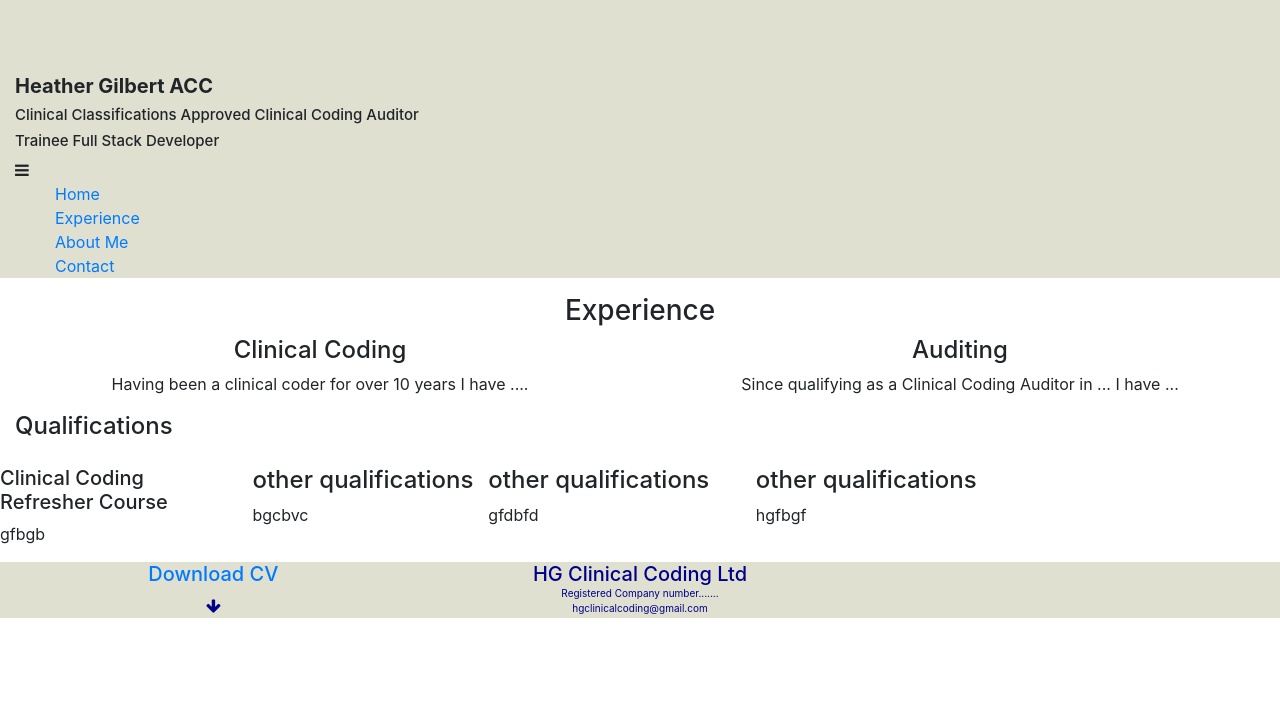
Repository: Code-Institute-Submissions/fsd-ms-project1-resume
Page: resume.html
The author's editor kept a record of every edit. The page is drawn from the files as they stood at one moment, then again after the next edit.
The browser window is 1280 px wide. The pictures show the whole page.

Above is the page before.

### resume.html
<!DOCTYPE html>
<html lang="en">

<head>
    <meta charset="UTF-8">
    <meta name="viewport" content="width=device-width, initial-scale=1.0">
    <meta http-equiv="X-UA-Compatible" content="ie=edge">
    <link rel="stylesheet" href="https://stackpath.bootstrapcdn.com/bootstrap/4.3.1/css/bootstrap.min.css" type="text/css" />
    <link rel="stylesheet" href="https://stackpath.bootstrapcdn.com/font-awesome/4.7.0/css/font-awesome.min.css" type="text/css" />
    <link rel="stylesheet" href="https://cdnjs.cloudflare.com/ajax/libs/hover.css/2.3.1/css/hover-min.css" type="text/css" />
    <link rel="stylesheet" href="assets/css/style.css" />
    <title>Heather Gilbert ACC</title>
</head>

<body>

    <header>
        <div id="navbar">
            <a class="col-md-12 logo" href="index.html"></a>
            <div class="col">
                <div class="bg-header">
                    <h1 class="name">Heather Gilbert ACC</h1>
                    <h3 class="title">Clinical Classifications Approved Clinical Coding Auditor</h3>
                    <h5 class="title">Trainee Full Stack Developer</h5>
                </div>
            </div>
            <div class="col">
                <div class="menu">
                    <i class="fa fa-bars" aria-hidden="true"></i>
                    <ul class="menu-content">
                        <li><a href="index.html">Home</a></li>
                        <li><a href="resume.html">Experience</a></li>
                        <li><a href="about.hmtl">About Me</a></li>
                        <li><a href="contact.html">Contact</a></li>
                    </ul>
                </div>
            </div>
        </div>

    </header>

    <section class="container-fluid">
        <div class="row work-section">
            <div class="col-md-12">
                <h3 class="work">Experience</h3>
            </div>
            <div class="col-md-6">
                <h4 class="coding">Clinical Coding</h4>
                <p>
                    Having been a clinical coder for over 10 years I have ....
                </p>
            </div>
            <div class="col-md-6">
                <h4 class="audit">Auditing</h4>
                <p>
                    Since qualifying as a Clinical Coding Auditor in ... I have ...
                </p>
            </div>
        </div>
        <div class="row">
            <h4 class="qualifications col-12">Qualifications</h4>
            <div class="row">
                <div class="timeline col-sm-3" data-dates="2019">
                    <h5>Clinical Coding Refresher Course</h5>
                    <p>gfbgb</p>
                </div>
                <div class="timeline" data-dates="2018">
                    <h4> other qualifications</h4>
                    <p>bgcbvc</p>
                </div>
                <div class="timeline col-sm-3" data-dates="2017">
                    <h4>other qualifications</h4>
                    <p>gfdbfd</p>
                </div>
                <div class="timeline col-sm-3" data-dates="2016">
                    <h4>other qualifications</h4>
                    <p>hgfbgf</p>
                </div>
            </div>
        </div>
        </div>
    </section>


</body>



<footer class="container-fluid">
    <div class="row">
        <div class="col-sm-4 contact">
            <a href="contact.html>Contact Me /a>
            <i class=" fa fa-address-book-o " aria-hidden="true /></i>
        </div>
        <div class="col-sm-4 ">
            <h5>Download CV</h5>
            <a href="# " target="_blank "></a>
            <i class="fa fa-arrow-down " aria-hidden="true "></i>
        </div>
        <div class="col-sm-4 ">
            <h5 class="company-name ">HG Clinical Coding Ltd</h5>
            <p class="company-details ">Registered Company number.......</p>
            <p class="company-details ">hgclinicalcoding@gmail.com</p>
        </div>
    </div>


</footer>
</body>

</html>

### assets/css/style.css
@import url('https://fonts.googleapis.com/css?family=Lato:100,200,300,400,500,600,700&display=swap');

/*-----------------------------------------Colours*/


/*-----------------------------------------Special paddings/margins/text*/


/*-----------------------------------------Header*/

#navbar {
    background-color: #e0e0d1;
}

.name {
    font-size: 20px;
    font-weight: 700;
    margin-top: 50px;
}

.title {
    font-size: 15px;
    margin-top: 5px;
}

.menu {
    list-style: none;

}

.menu-content {
    list-style:none;
}


/*-----------------------------------------Hover.css*/

.menu:hover {
    color: #b3cccc;
}


/*-----------------------------------------Footer*/

footer {
    background-color: #e0e0d1;
    color: darkblue;
    min-height:50px;
    margin: 0;
    text-align:center
}

.company-name {
    margin:0;
    padding:0;
}

.company-details {
    font-size:10px;
    margin:0;
    padding:0;
}

#footer-details {
    padding: 20px;
}

/*-----------------------------------------Work / Education History*/

.work-section {
    text-align:center;
}

.work {
    text-align:center;

}

.qualifications {
    margin-bottom: 25px
}

/*-----------------------------------------About Me*/


/*-----------------------------------------Contact Form*/


/*-----------------------------------------Media Queries*/

After the next edit:
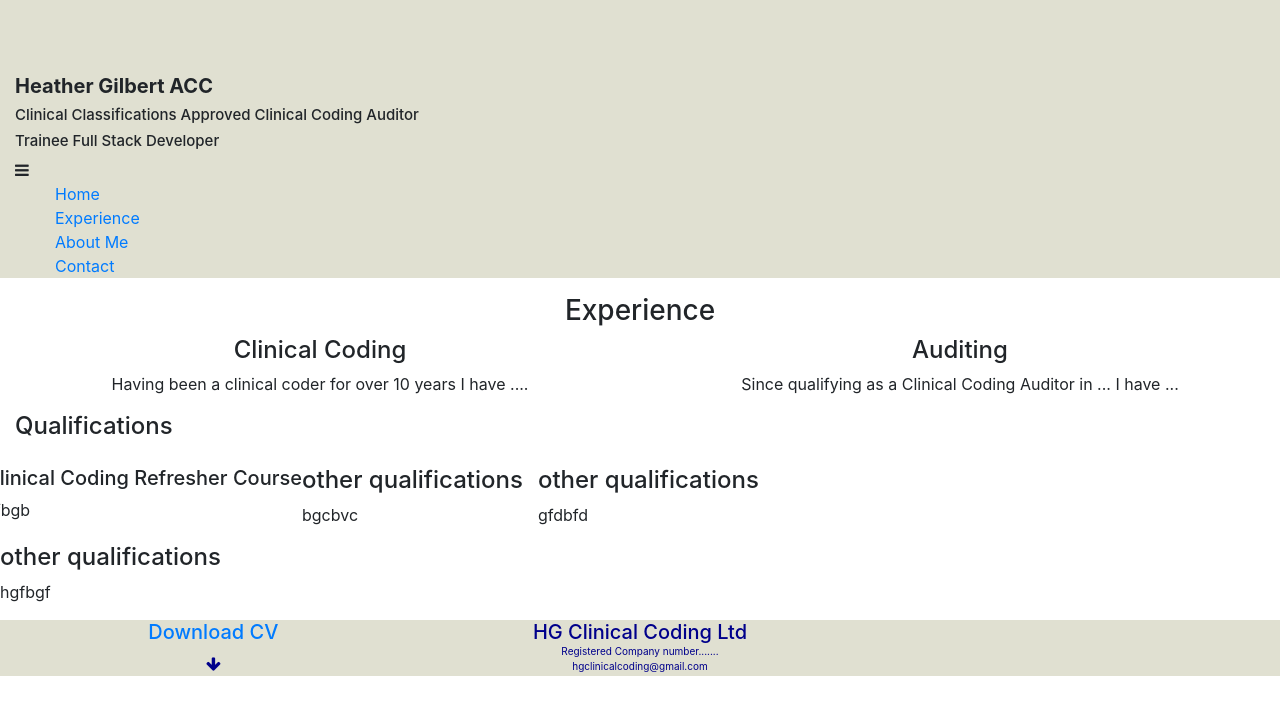
The edit:
--- a/resume.html
+++ b/resume.html
@@ -60,7 +60,7 @@
         <div class="row">
             <h4 class="qualifications col-12">Qualifications</h4>
             <div class="row">
-                <div class="timeline col-sm-3" data-dates="2019">
+                <div class="timeline" data-dates="2019">
                     <h5>Clinical Coding Refresher Course</h5>
                     <p>gfbgb</p>
                 </div>
